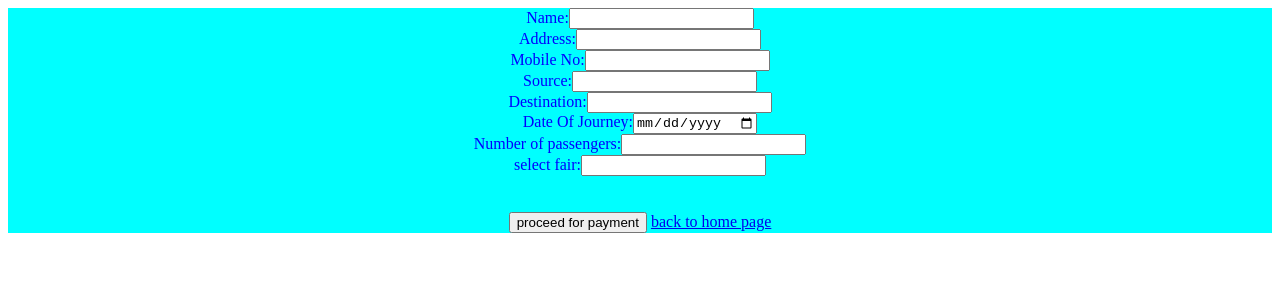
Repository: jha6435/Backenefinalsubmission
Page: http://localhost/ProjectFlyaway2/bookticket.jsp
An editor plug-in stored every save of this project. The page is shown before and after the next save, followed by the edit.
The browser window is 1280 px wide. The pictures show the whole page.
The page is served by Tomcat 9.

Above is the page before, as saved 2023-05-12 03:55:42.

After the next save:
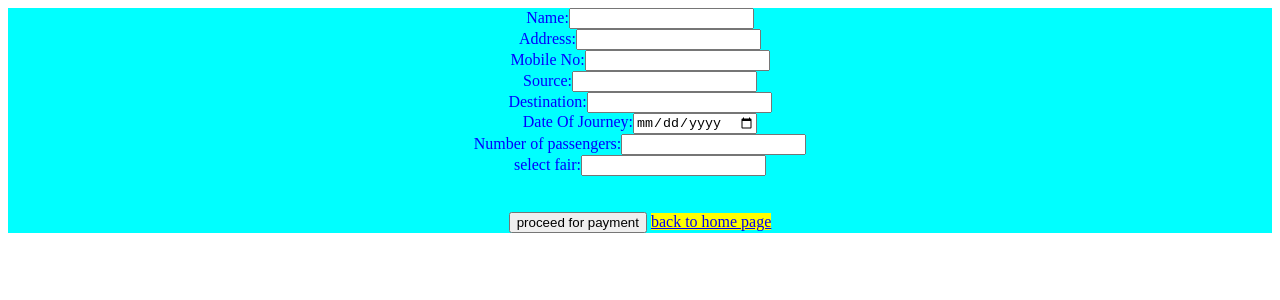
Saved 65 s later.
--- a/ProjectFlyaway2/src/main/webapp/bookticket.jsp
+++ b/ProjectFlyaway2/src/main/webapp/bookticket.jsp
@@ -10,6 +10,7 @@ form{background:cyan;
 color:blue;
 text-align: center;
 font-size: medium;}
+a{background: yellow}
 </style>
 </head>
 <body>
